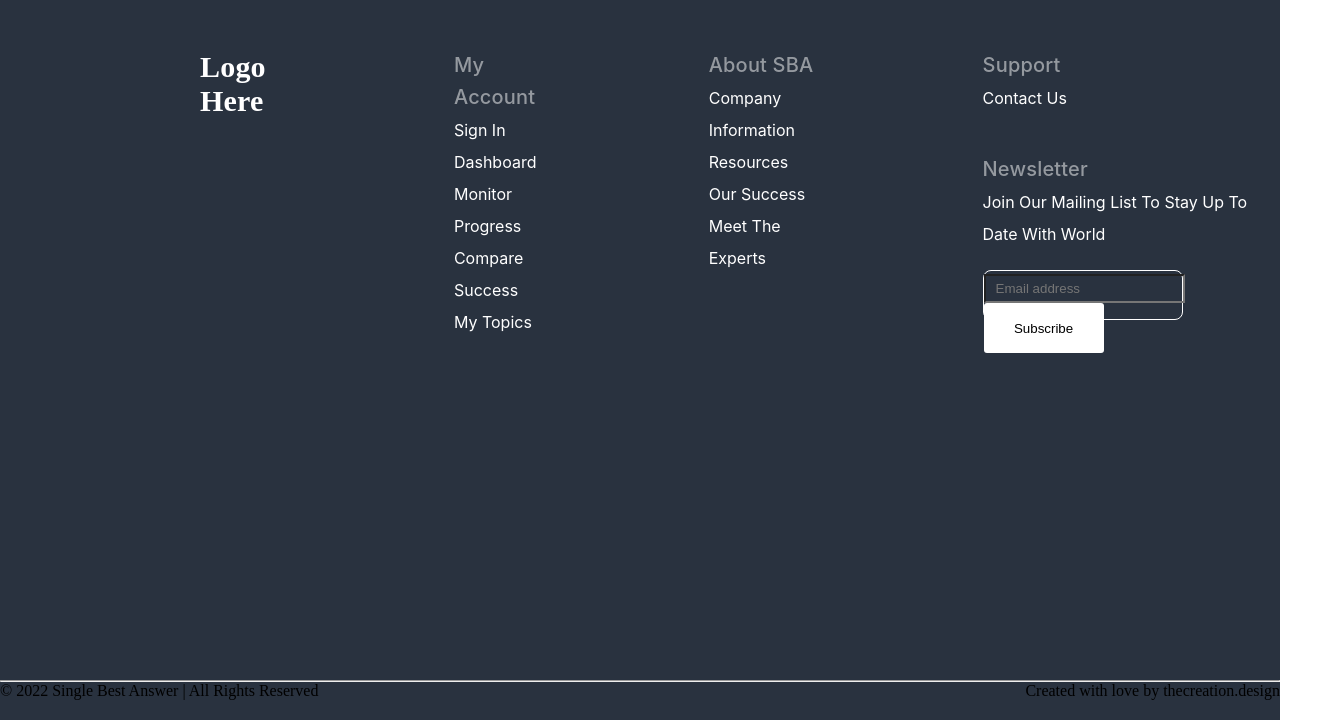
Repository: FaridRustamov09/Final-Task
Page: Pages/connectionPage/index.html
An editor plug-in stored every save of this project. The page is shown before and after a run of saves, followed by the edit.
The browser window is 1280 px wide. The page is 1280 px wide, then 1339 px, so the pictures cover 1339 px, including what lies to the right of the window. The pictures show the whole page.
The style sheet was rebuilt from its Sass, Less or Tailwind sources for each picture, by a compiler version that may differ from the author's.

Above is the page before, as saved 2024-07-14 21:02:46.

After the next 3 saves:
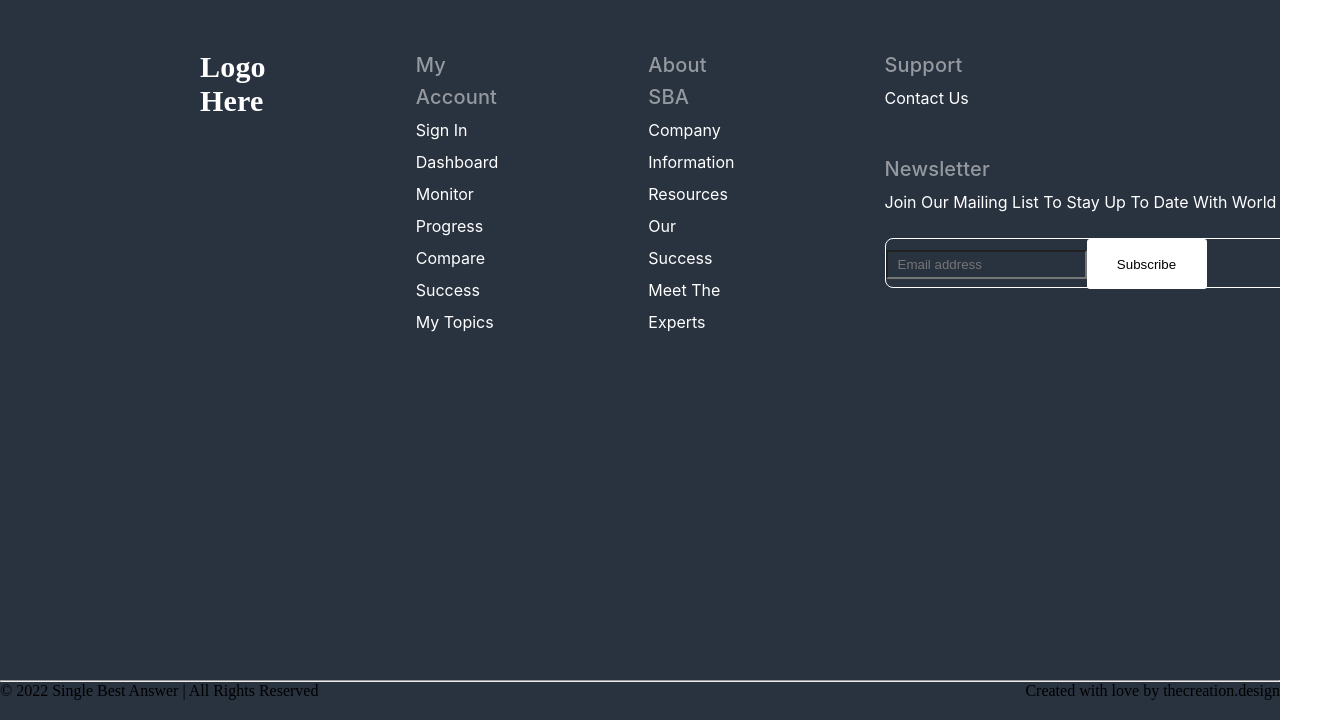
The 3 saves are shown as one change because they came seconds apart.
The last was saved 22 s later.
--- a/Pages/connectionPage/index.scss
+++ b/Pages/connectionPage/index.scss
@@ -64,16 +64,14 @@
       .subscribe {
         margin-top: 20px;
         form{
-          width: 200px;
+          width: 454px;
           height: 50px;
           border-radius: 8px;
           border: 1px solid var(--White, #fff);
         }
         input {
           outline: none;
-
           background: none;
-
           padding: 5px 10px;
         }
         button {
